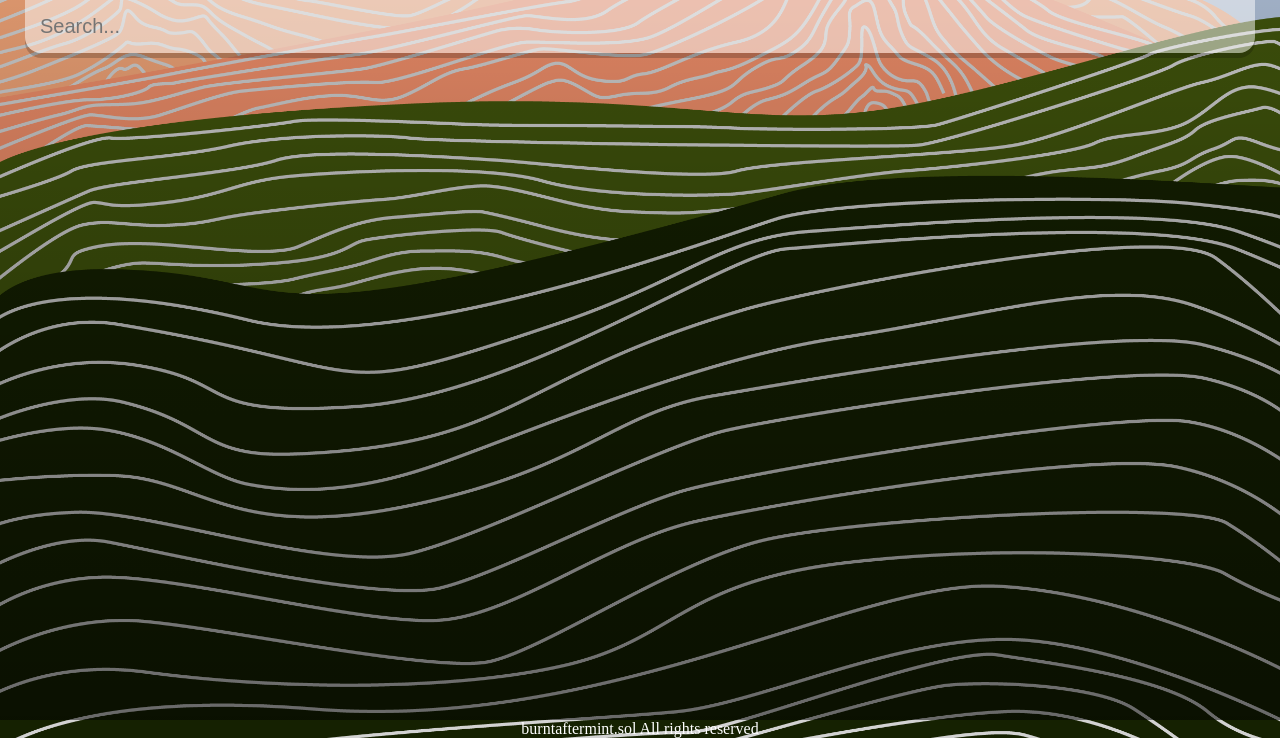
Repository: burntaftermint/weather
Page: /
An editor plug-in stored every save of this project. The page is shown before and after the next save, followed by the edit.
The browser window is 1280 px wide. The pictures show the whole page.
The project was rebuilt for these pictures with package versions that can differ from the ones it lists, and the page was loaded fresh each time.

Above is the page before, as saved 2023-11-02 06:29:01.

After the next save:
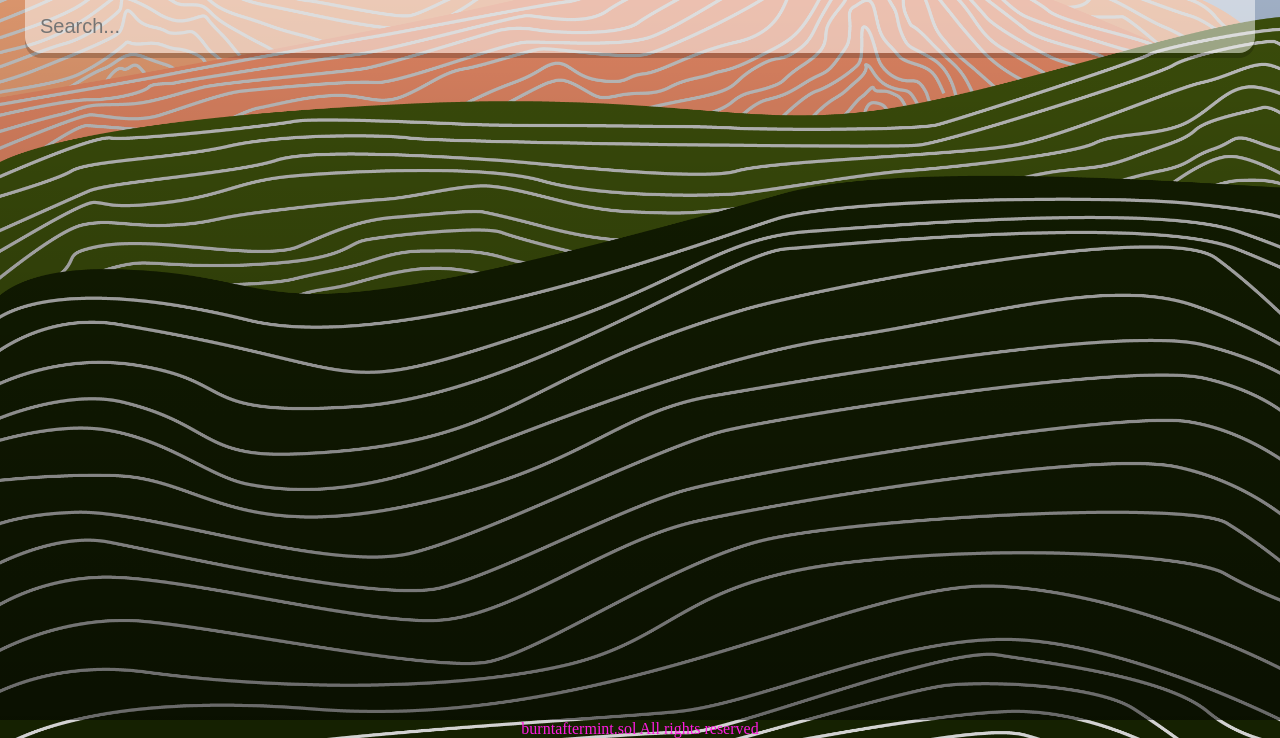
Saved 29 s later.
--- a/src/index.css
+++ b/src/index.css
@@ -105,6 +105,6 @@
 
 .website__rights {
   text-align: center;
-  color: #FFF;
+  color: #ff1be1;
 
 }

After the save that followed:
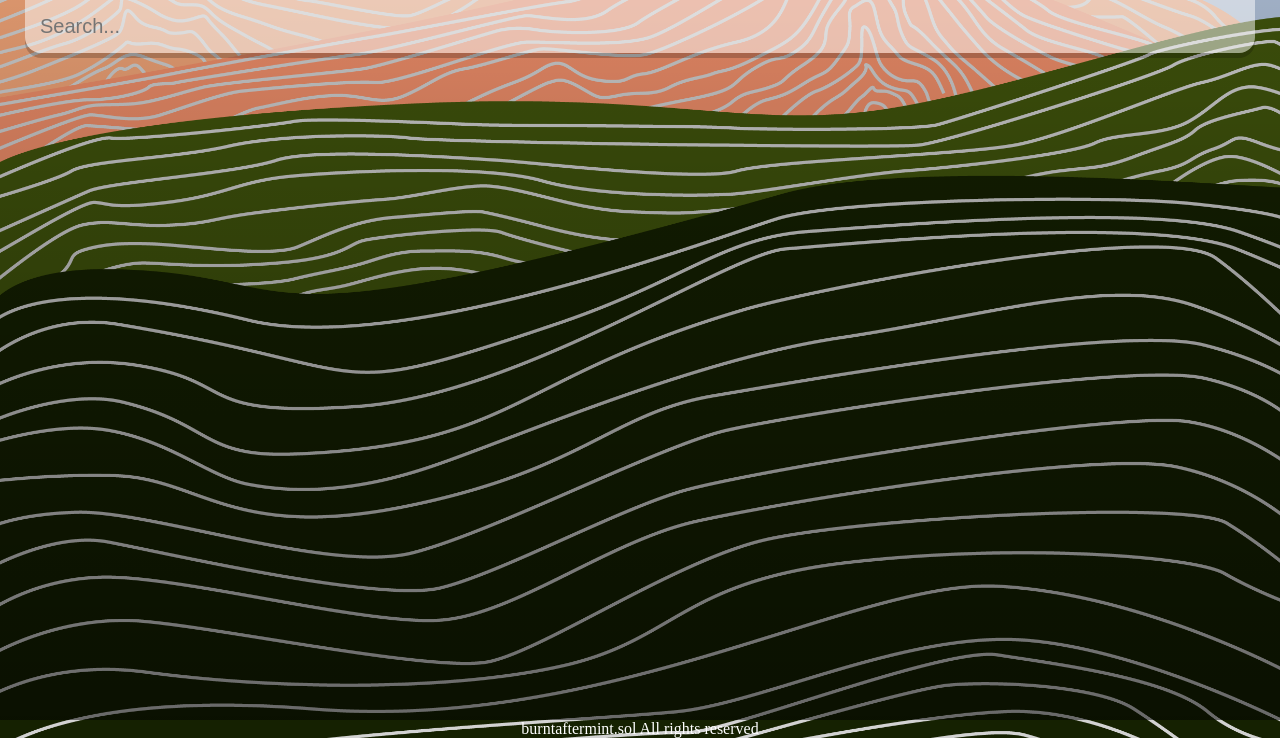
Saved 13 s later.
--- a/src/index.css
+++ b/src/index.css
@@ -105,6 +105,6 @@
 
 .website__rights {
   text-align: center;
-  color: #ff1be1;
+  color: #FFF;
 
 }
